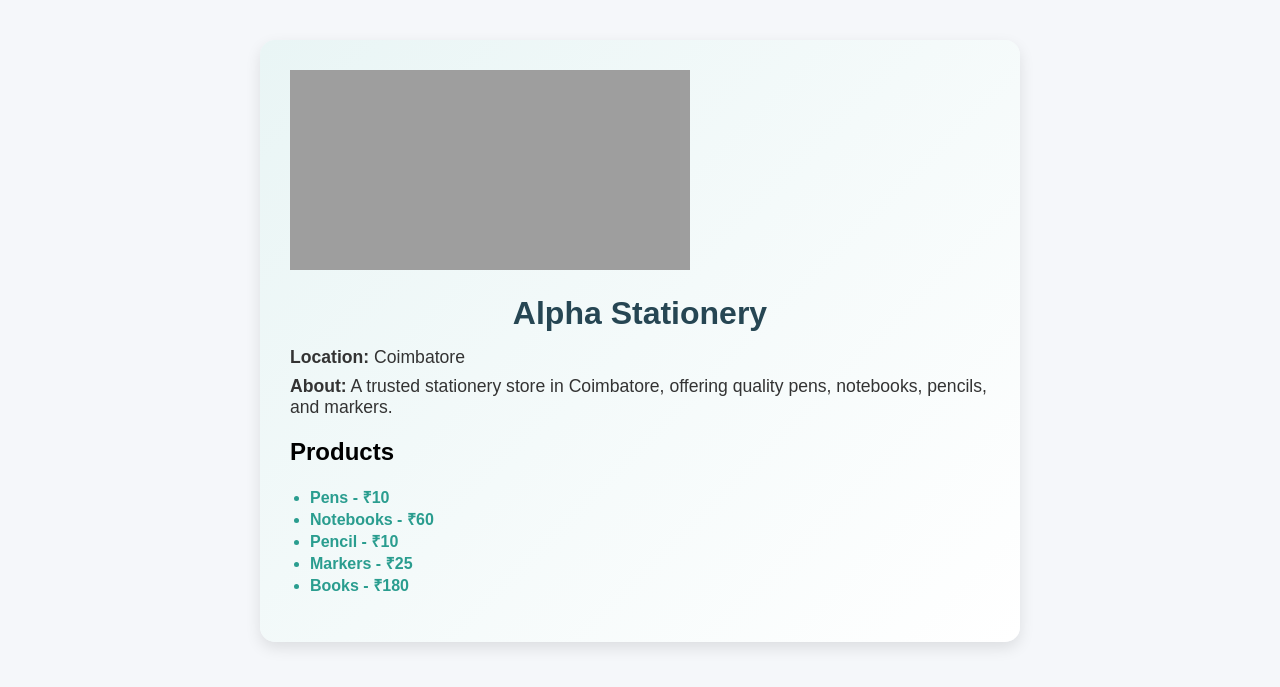
Repository: Pavithra-09git/CarSort
Page: /shop/1
An editor plug-in stored every save of this project. The page is shown before and after a run of saves, followed by the edit.
The browser window is 1280 px wide. The pictures show the whole page.
Pictures or frames that could not be fetched are drawn as grey boxes. The project was rebuilt for these pictures with package versions that can differ from the ones it lists, and the page was loaded fresh each time. Also part of the build but not shown: vite.config.js, src/assets/Component/Card.jsx, src/assets/Component/Home.jsx.

Above is the page before, as saved 2025-10-26 16:29:04.

### index.html
<!doctype html>
<html lang="en">
  <head>
    <meta charset="UTF-8" />
    <link rel="icon" type="image/svg+xml" href="/vite.svg" />
    <meta name="viewport" content="width=device-width, initial-scale=1.0" />
    <title>table</title>
  </head>
  <body>
    <div id="root"></div>
    <script type="module" src="/src/main.jsx"></script>
  </body>
</html>

### src/main.jsx
import { StrictMode } from 'react';
import { createRoot } from 'react-dom/client';
import Router from './Router.jsx'; // this already includes RouterProvider

createRoot(document.getElementById('root')).render(
  <StrictMode>
    <Router />
  </StrictMode>
);

### src/Router.jsx
import React from 'react';
import { createBrowserRouter, RouterProvider } from 'react-router-dom';
import App from './App';
import Home from './assets/Component/Home';
import CardDetailPage from './assets/Component/CardDetailPage';

const router = createBrowserRouter([
  {
    path: '/',
    element: <App />,
    children: [
      { index: true, element: <Home /> },
      { path: 'shop/:id', element: <CardDetailPage /> },
    ],
  },
]);

const Router = () => <RouterProvider router={router} />;

export default Router;
export { router };

### src/App.jsx
import React from "react";
import { Outlet } from "react-router-dom";
import './App.css'

function App() {
  return (
    <div>
      {/* You can add a header here if needed */}
      <Outlet /> {/* This renders Home or CardDetailPage */}
    </div>
  );
}

export default App;

### src/assets/Component/CardDetailPage.jsx
// import React from 'react';
// import { useParams } from 'react-router-dom';
// import { shops } from '../../data';

// const CardDetailPage = () => {
//   const { id } = useParams();
//   const shop = shops.find((s) => s.id === Number(id));

//   if (!shop) return <p>Shop not found</p>;

//   return (
//     <div className="card-detail-page">
//       <h1>{shop.name}</h1>
//       <p><strong>Location:</strong> {shop.location}</p>
// <p>
//   <strong>Products:</strong> {shop.products.map(p => p.name).join(", ")}
// </p>

//     </div>
//   );
// };

// export default CardDetailPage;
import React from 'react';
import { useParams } from 'react-router-dom';
import { shops } from '../../data';


// Random images array (you can replace with your own URLs)
const shopImages = [
  "https://source.unsplash.com/400x200/?store",
  "https://source.unsplash.com/400x200/?shop",
  "https://source.unsplash.com/400x200/?market",
  "https://source.unsplash.com/400x200/?stationery",
  "https://source.unsplash.com/400x200/?electronics"
];

const CardDetailPage = () => {
  const { id } = useParams();
  const shop = shops.find((s) => s.id === Number(id));

  if (!shop) return <p className="not-found">Shop not found</p>;

  // Pick a random image for this shop
  const randomImage = shopImages[Math.floor(Math.random() * shopImages.length)];

  return (
    <div className="card-detail-page">
      <img src={randomImage} alt={shop.name} className="shop-image" />
      <h1 className="shop-name">{shop.name}</h1>
      <p className="shop-location"><strong>Location:</strong> {shop.location}</p>
      <p className="shop-about"><strong>About:</strong> {shop.about}</p>

      <div className="product-list">
        <h2>Products</h2>
        <ul>
          {shop.products.map((p, index) => (
            <li key={index}>
              {p.name} - ₹{p.normalRate}
            </li>
          ))}
        </ul>
      </div>
    </div>
  );
};

export default CardDetailPage;

### src/App.css
/* Main container */
.container {
  min-height: 100vh;
  background-color: #f7f8fa;
  display: flex;
  flex-direction: column;
  align-items: center;
  padding: 40px 20px;
  font-family: "Poppins", sans-serif;
}

/* Title */
h1 {
  color: #2c3e50;
  margin-bottom: 20px;
  font-size: 2rem;
  text-align: center;
}

/* Search bar */
.search-box {
  width: 100%;
  max-width: 400px;
  padding: 10px 15px;
  border: 1px solid #ccc;
  border-radius: 8px;
  outline: none;
  font-size: 16px;
  transition: 0.3s;
  margin-bottom: 30px;
}

.search-box:focus {
  border-color: #007bff;
  box-shadow: 0 0 5px rgba(0, 123, 255, 0.3);
}

/* Cards vertical layout */
.card-column {
  display: flex;
  flex-direction: column;
  align-items: center;
  gap: 20px;
  width: 100%;
  max-width: 700px;
}

/* Individual card */
.card {
  background-color: white;
  border-radius: 12px;
  box-shadow: 0 4px 10px rgba(0, 0, 0, 0.1);
  width: 100%;
  padding: 20px;
  transition: transform 0.3s ease, box-shadow 0.3s ease;
}

.card:hover {
  transform: translateY(-5px);
  box-shadow: 0 6px 15px rgba(0, 0, 0, 0.15);
}

/* Card text */
.card h2 {
  font-size: 1.2rem;
  color: #2d3436;
  margin-bottom: 10px;
}

.card p {
  font-size: 0.95rem;
  color: #555;
  margin: 6px 0;
}

/* No result text */
.no-result {
  color: #777;
  text-align: center;
  font-size: 1rem;
}
.search-form {
  display: flex;
  flex-wrap: wrap;
  gap: 10px;
  margin-bottom: 20px;
  align-items: center;
}

.youtube-search-box {
  display: flex;
  width: 350px; /* input + button total width */
  max-width: 100%;
}

.search-input {
  flex: 1;
  padding: 8px 12px;
  border: 1px solid #ccc;
  border-right: none;
  border-radius: 2px 0 0 2px;
  font-size: 14px;
}

.search-input:focus {
  outline: none;
  border-color: #007bff;
}

.search-button {
  padding: 8px 16px;
  border: 1px solid #007bff;
  background-color: #007bff;
  color: white;
  cursor: pointer;
  font-size: 14px;
  border-radius: 0 2px 2px 0;
  transition: background 0.3s;
}

.search-button:hover {
  background-color: #0056b3;
}

.reset-btn {
  padding: 8px 20px;
  background-color: #f44336;
  border: none;
  color: white;
  border-radius: 2px;
  cursor: pointer;
  font-size: 14px;
  transition: background 0.3s;
}

.reset-btn:hover {
  background-color: #c62828;
}


/* home */

.home-container {
  max-width: 800px; /* narrower for vertical cards */
  margin: auto;
  padding: 20px;
  font-family: 'Arial', sans-serif;
  background-color: #f5f7fa; /* soft background */
  min-height: 100vh;
}
body{
    background-color: #f5f7fa; /* soft background */
}

.home-title {
  text-align: center;
  font-size: 2.5rem;
  margin-bottom: 30px;
  color: #2a9d8f; /* teal color */
  text-shadow: 1px 1px 2px #a8dadc;
}

.search-form {
  display: flex;
  flex-direction: column;
  align-items: center;
  gap: 15px;
  margin-bottom: 30px;
}

.search-box-wrapper {
  display: flex;
  width: 100%;
  max-width: 500px;
}

.search-input {
  flex: 1;
  padding: 10px 15px;
  border-radius: 25px 0 0 25px;
  border: 2px solid #2a9d8f;
  outline: none;
  font-size: 1rem;
  transition: 0.3s;
}

.search-input:focus {
  border-color: #264653;
  box-shadow: 0 0 10px rgba(42, 157, 143, 0.4);
}

.search-button {
  padding: 10px 15px;
  border: 2px solid #2a9d8f;
  background-color: #2a9d8f;
  color: white;
  border-radius: 0 25px 25px 0;
  cursor: pointer;
  font-size: 1rem;
  transition: 0.3s;
}

.search-button:hover {
  background-color: #264653;
  border-color: #264653;
}

.reset-btn {
  padding: 8px 20px;
  border: 2px solid #888;
  background-color: white;
  color: #555;
  border-radius: 25px;
  cursor: pointer;
  font-weight: bold;
  transition: 0.3s;
}

.reset-btn:hover {
  background-color: #e0e0e0;
}

.cards-grid {
  display: flex;
  flex-direction: column; /* vertical alignment */
  gap: 20px;
}

.card {
  padding: 20px;
  border-radius: 12px;
  background: linear-gradient(135deg, #e9f5f5, #ffffff);
  box-shadow: 0 4px 10px rgba(0, 0, 0, 0.1);
  transition: transform 0.2s, box-shadow 0.2s;
}

.card:hover {
  transform: translateY(-5px);
  box-shadow: 0 6px 15px rgba(0, 0, 0, 0.15);
}

.card h2 {
  margin-bottom: 10px;
  color: #264653;
}

.card p {
  margin: 5px 0;
  color: #333;
}


/* detail[
page */

.card-detail-page {
  max-width: 700px;
  margin: 40px auto;
  padding: 30px;
  background: linear-gradient(135deg, #e9f5f5, #ffffff);
  border-radius: 15px;
  box-shadow: 0 6px 15px rgba(0, 0, 0, 0.1);
  font-family: 'Arial', sans-serif;
}

.card-detail-page h1 {
  color: #264653;
  margin-bottom: 15px;
  text-align: center;
}

.card-detail-page p {
  font-size: 1.1rem;
  color: #333;
  margin: 8px 0;
}

.product-list {
  margin-top: 20px;
}

.product-list ul {
  list-style: disc;
  padding-left: 20px;
  color: #2a9d8f;
  font-weight: bold;
}

.not-found {
  text-align: center;
  margin-top: 50px;
  font-size: 1.5rem;
  color: #e76f51;
}

### src/data.js
export const shops = [
  {
    id: 1,
    name: "Alpha Stationery",
    location: "Coimbatore",
    about: "A trusted stationery store in Coimbatore, offering quality pens, notebooks, pencils, and markers.",
    products: [
      { name: "Pens", storePaidAmount: 12, normalRate: 10 },
      { name: "Notebooks", storePaidAmount: 50, normalRate: 60 },
      { name: "Pencil", storePaidAmount: 5, normalRate: 10 },
      { name: "Markers", storePaidAmount: 20, normalRate: 25 },
      { name: "Books", storePaidAmount: 200, normalRate: 180 },
    ],
  },
  {
    id: 2,
    name: "Eco Paper House",
    location: "Chennai",
    about: "Eco-friendly paper products and stationery at affordable prices.",
    products: [
      { name: "Notebooks", storePaidAmount: 15, normalRate: 65 },
      { name: "Files", storePaidAmount: 35, normalRate: 40 },
      { name: "Diaries", storePaidAmount: 40, normalRate: 50 },
      { name: "Pencil", storePaidAmount: 7, normalRate: 8 },
      { name: "Markers", storePaidAmount: 22, normalRate: 28 },
    ],
  },
  {
    id: 3,
    name: "Campus Stationers",
    location: "Erode",
    about: "Supplies for students and offices, including books, pens, and markers.",
    products: [
      { name: "Pens", storePaidAmount: 15, normalRate: 10 },
      { name: "Notebooks", storePaidAmount: 20, normalRate: 70 },
      { name: "Markers", storePaidAmount: 25, normalRate: 30 },
      { name: "Books", storePaidAmount: 180, normalRate: 160 },
    ],
  },
  {
    id: 4,
    name: "Paper World",
    location: "Chennai",
    about: "Your one-stop shop for office supplies and paper products.",
    products: [
      { name: "Files", storePaidAmount: 38, normalRate: 45 },
      { name: "Notebooks", storePaidAmount: 18, normalRate: 65 },
      { name: "Diaries", storePaidAmount: 45, normalRate: 50 },
      { name: "Pencils", storePaidAmount: 6, normalRate: 5 },
      { name: "Markers", storePaidAmount: 18, normalRate: 20 },
    ],
  },
  {
    id: 5,
    name: "Bright Tech",
    location: "Madurai",
    about: "Electronics and gadgets store specializing in laptops, phones, and accessories.",
    products: [
      { name: "Laptops", storePaidAmount: 1200, normalRate: 1100 },
      { name: "Keyboards", storePaidAmount: 50, normalRate: 45 },
      { name: "Headphones", storePaidAmount: 80, normalRate: 70 },
      { name: "Smartphones", storePaidAmount: 600, normalRate: 550 },
    ],
  },
  {
    id: 6,
    name: "Smart Gadgets Hub",
    location: "Coimbatore",
    about: "Latest gadgets, smartphones, and laptop accessories at competitive prices.",
    products: [
      { name: "Smartphones", storePaidAmount: 650, normalRate: 600 },
      { name: "Chargers", storePaidAmount: 25, normalRate: 20 },
      { name: "Speakers", storePaidAmount: 75, normalRate: 70 },
      { name: "Laptops", storePaidAmount: 1150, normalRate: 1100 },
    ],
  },
  {
    id: 7,
    name: "Daily Needs Mart",
    location: "Salem",
    about: "Groceries, snacks, and household essentials for everyday needs.",
    products: [
      { name: "Groceries", storePaidAmount: 100, normalRate: 90 },
      { name: "Cleaning Items", storePaidAmount: 50, normalRate: 45 },
      { name: "Snacks", storePaidAmount: 30, normalRate: 25 },
    ],
  },
  {
    id: 8,
    name: "Green Leaf Grocers",
    location: "Coimbatore",
    about: "Fresh vegetables, organic foods, and healthy snacks for the whole family.",
    products: [
      { name: "Vegetables", storePaidAmount: 40, normalRate: 35 },
      { name: "Organic Food", storePaidAmount: 60, normalRate: 55 },
      { name: "Snacks", storePaidAmount: 25, normalRate: 20 },
    ],
  },
  {
    id: 9,
    name: "Knowledge Academy",
    location: "Madurai",
    about: "Books, stationery, and educational kits for students and learners.",
    products: [
      { name: "Books", storePaidAmount: 220, normalRate: 200 },
      { name: "Stationery", storePaidAmount: 50, normalRate: 45 },
      { name: "Educational Kits", storePaidAmount: 150, normalRate: 140 },
      { name: "Pencils", storePaidAmount: 6, normalRate: 5 },
      { name: "Markers", storePaidAmount: 22, normalRate: 20 },
    ],
  },
  {
    id: 10,
    name: "Smart Learning Center",
    location: "Coimbatore",
    about: "Educational materials, books, and study kits for students.",
    products: [
      { name: "Books", storePaidAmount: 180, normalRate: 160 },
      { name: "Worksheets", storePaidAmount: 40, normalRate: 35 },
      { name: "Study Materials", storePaidAmount: 120, normalRate: 110 },
      { name: "Notebooks", storePaidAmount: 25, normalRate: 30 },
    ],
  },
];

After the next 6 saves:
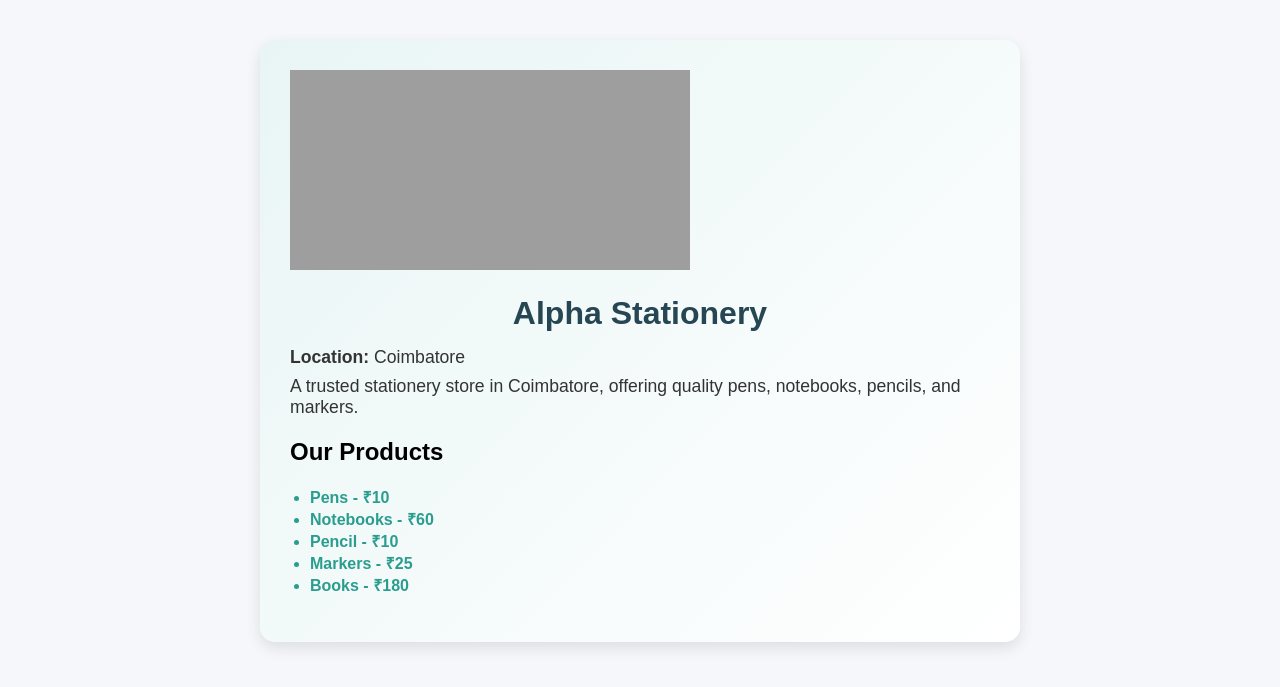
The 6 saves are shown as one change because they came seconds apart.
The last was saved 26 s later.
--- a/src/assets/Component/CardDetailPage.jsx
+++ b/src/assets/Component/CardDetailPage.jsx
@@ -49,10 +49,10 @@ const CardDetailPage = () => {
       <img src={randomImage} alt={shop.name} className="shop-image" />
       <h1 className="shop-name">{shop.name}</h1>
       <p className="shop-location"><strong>Location:</strong> {shop.location}</p>
-      <p className="shop-about"><strong>About:</strong> {shop.about}</p>
+      <p className="shop-about"><strong></strong> {shop.about}</p>
 
       <div className="product-list">
-        <h2>Products</h2>
+        <h2> Our Products</h2>
         <ul>
           {shop.products.map((p, index) => (
             <li key={index}>
